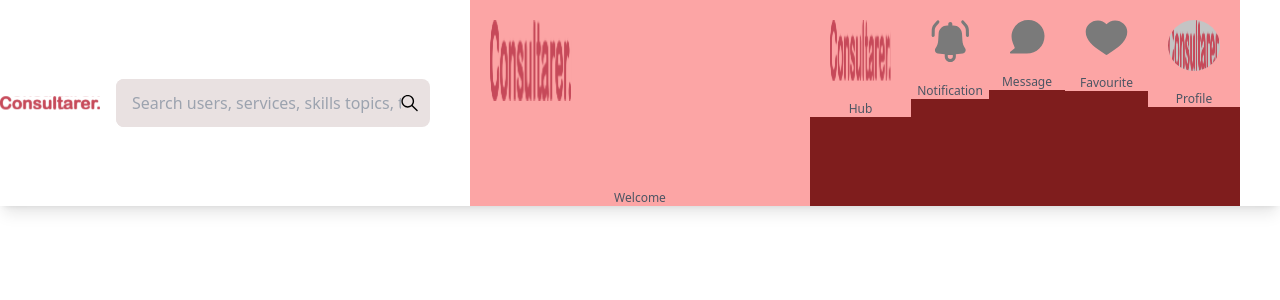
Repository: hisreal123/Consultarer
Page: /
The author's editor kept a copy of each file at every save. The page is drawn from the files as they stood at one save, then again after a run of saves.
The browser window is 1280 px wide. The pictures show the whole page.
The project was rebuilt for these pictures with package versions that can differ from the ones it lists, and the page was loaded fresh each time. The framework's server and built-in components were replaced by stand-ins that run in the browser. Also part of the build but not shown: next.config.js, webpack.config.js.

Above is the page before, as saved 2022-04-19 16:48:13.

After the next 2 saves:
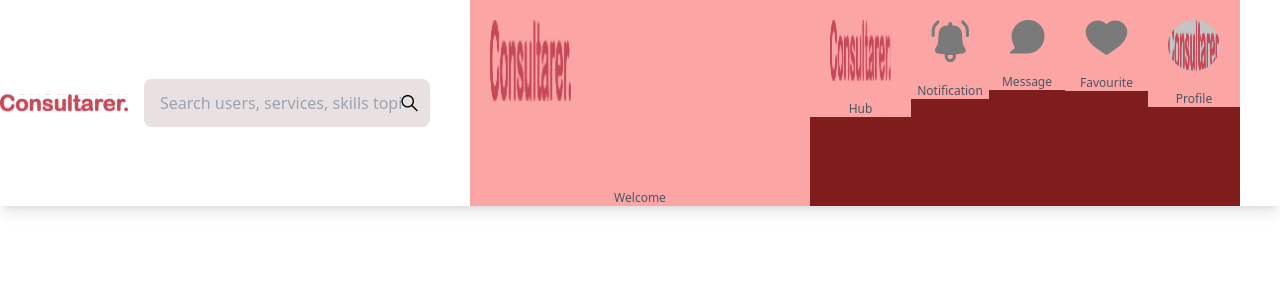
The 2 saves are shown as one change because they came seconds apart.
The last was saved 7 s later.
--- a/components/TopNav/TopNav.js
+++ b/components/TopNav/TopNav.js
@@ -21,7 +21,7 @@
     <div className=" shadow-lg">
       <div className=" relative container mx-auto flex items-center w-screen justify-between">
         <div className="logo relative  ">
-          <Logo className="text-9xl fit  h-10 w-30 " />
+          <Logo className="text-9xl fit  h-10 w-32 " />
         </div>
 
         {/* Search Comonent */}
